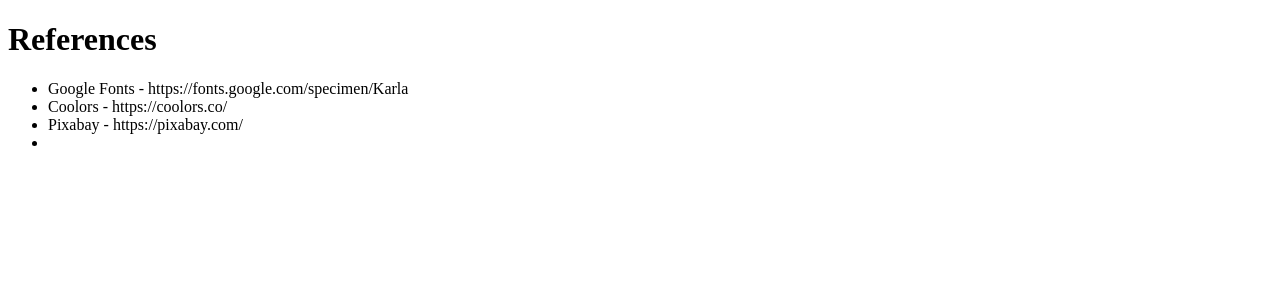
Repository: sarahjx/MDIA2106
Page: html/references.html
The author's editor kept a copy of each file at every save. The page is drawn from the files as they stood at one save, then again after the next save.
The browser window is 1280 px wide. The pictures show the whole page.
Some web fonts or font styles are not loaded; a fallback is used.

Above is the page before, as saved 2025-04-03 10:46:50.

After the next save:
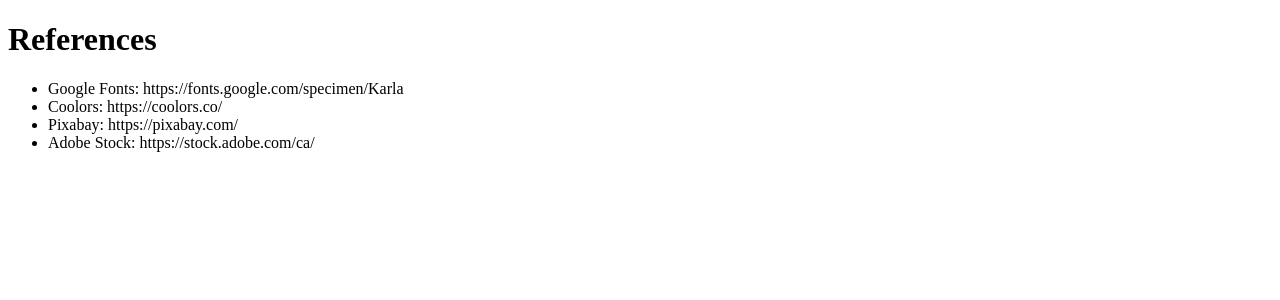
Saved 2 min 43 s later.
--- a/html/references.html
+++ b/html/references.html
@@ -8,11 +8,11 @@
 </head>
 <body>
     <h1 class ="references-header">References</h1>
-    <ul>
-        <li>Google Fonts - https://fonts.google.com/specimen/Karla</li>
-        <li>Coolors - https://coolors.co/</li>
-        <li>Pixabay - https://pixabay.com/</li>
-        <li></li>
+    <ul class = "references-list">
+        <li>Google Fonts: https://fonts.google.com/specimen/Karla</li>
+        <li>Coolors: https://coolors.co/</li>
+        <li>Pixabay: https://pixabay.com/</li>
+        <li>Adobe Stock: https://stock.adobe.com/ca/</li>
     </ul>
 </body>
 </html>
